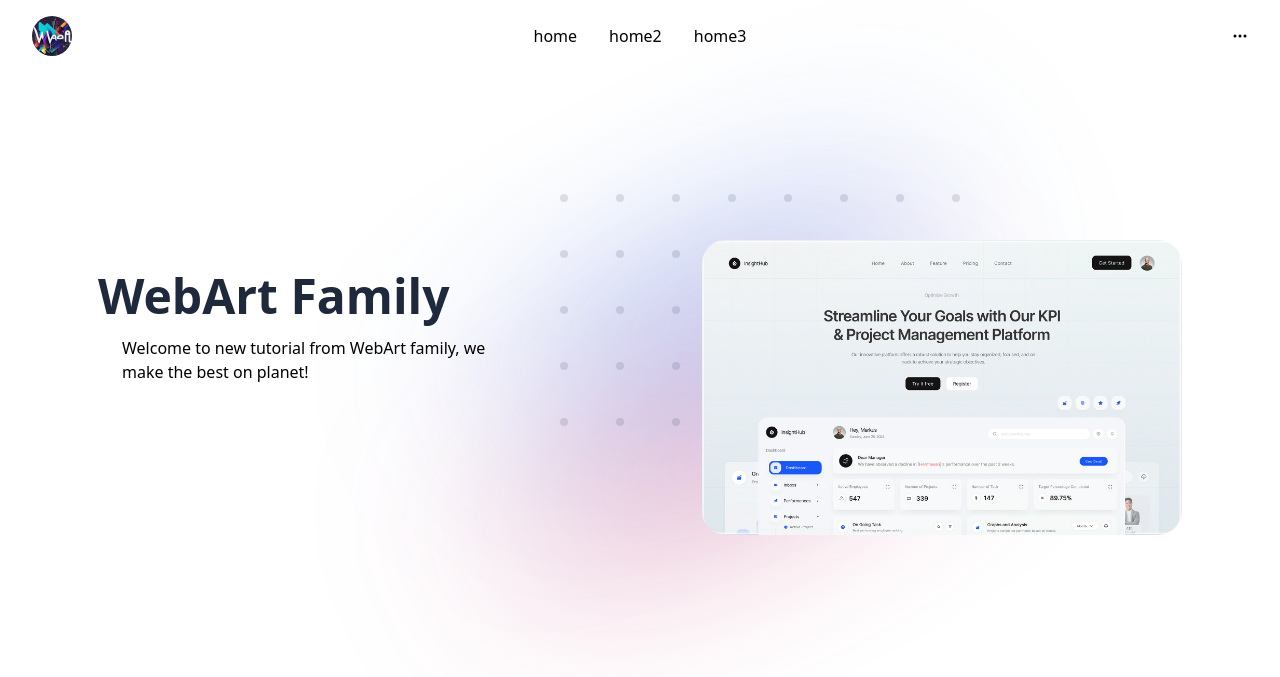
Repository: 30namp/youtube-web-art-code
Page: stunning landing page 1/index.html
These files come from the project's save history. The page is drawn as it stood at one moment and after the next save; the edit follows.
The browser window is 1280 px wide. The pictures show the whole page.

Above is the page before, as saved 2024-09-26 21:09:47.

After the next save:
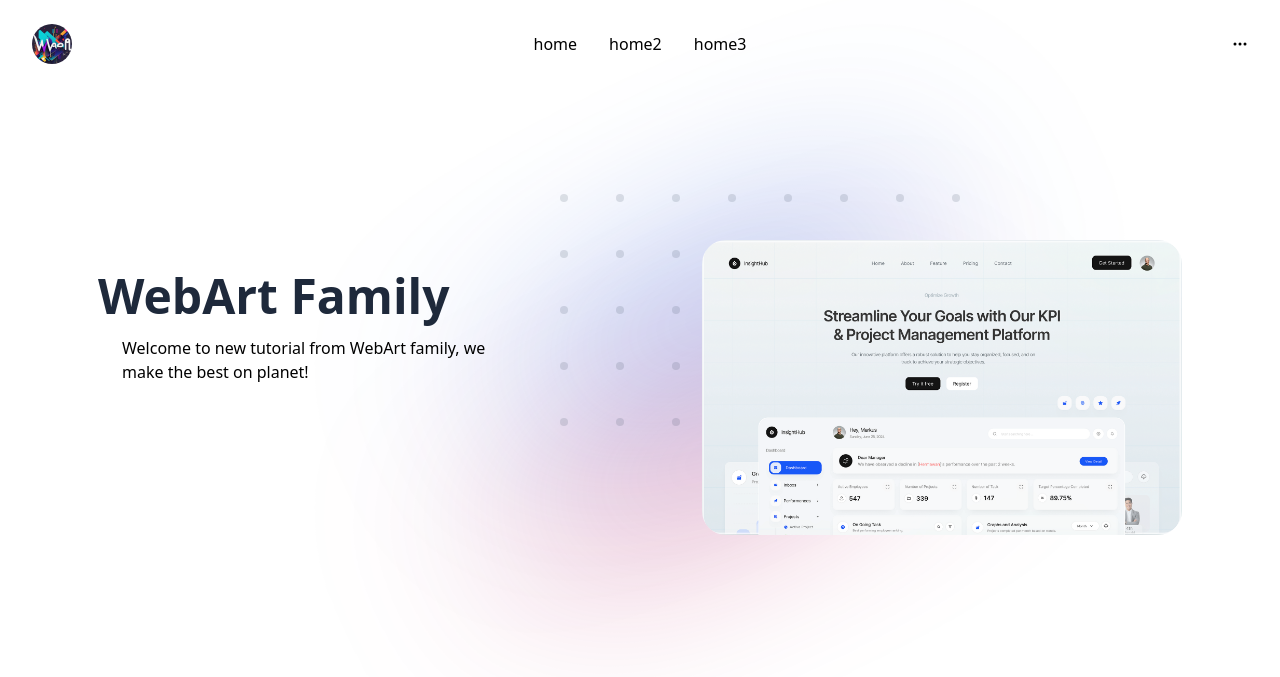
Saved 12 s later.
--- a/stunning landing page 1/index.html
+++ b/stunning landing page 1/index.html
@@ -60,7 +60,7 @@
 
     <!-- navbar -->
     <nav
-      class="absolute top-0 left-0 right-0 flex justify-center items-center py-6 px-8"
+      class="absolute top-0 left-0 right-0 flex justify-center items-center py-8 px-8"
     >
       <a href="/" class="absolute left-0 px-8">
         <img class="size-10 rounded-full" src="./assets/img/logo.jpg" alt="" />
